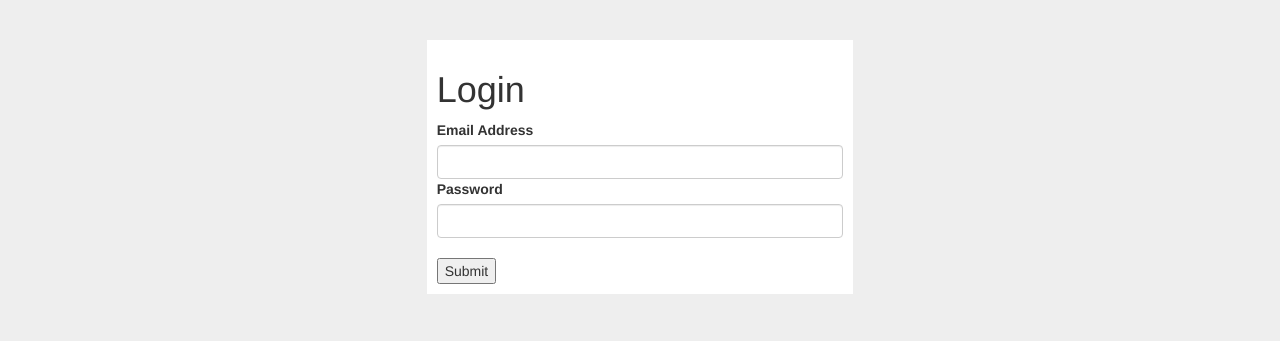
Repository: neoighodaro-articles/migrating-to-laravel
Page: http://localhost/
The author's editor kept a copy of each file at every save. The page is drawn from the files as they stood at one save, then again after the next save.
The browser window is 1280 px wide. The pictures show the whole page.
The page is run by PHP 8.4 with error messages shown; the project is at /var/www/html/.

Above is the page before, as saved 2018-06-12 21:49:16.

### vanilla/index.php
<!DOCTYPE html>
<html lang="en">
<head>
  <meta charset="UTF-8">
  <meta name="viewport" content="width=device-width, initial-scale=1.0">
  <meta http-equiv="X-UA-Compatible" content="ie=edge">
  <title>Vanilla Todo App</title>
  <link rel="stylesheet" href="https://maxcdn.bootstrapcdn.com/bootstrap/3.3.7/css/bootstrap.min.css" integrity="sha384-BVYiiSIFeK1dGmJRAkycuHAHRg32OmUcww7on3RYdg4Va+PmSTsz/K68vbdEjh4u" crossorigin="anonymous">
  <style>
    body {
      background: #EEE;
    }
    .login {
      background: #FFF;
      padding: 10px;
      margin-top: 40px;
    }
  </style>
</head>
<body>
  <div class="rows">
    <div class="col-md-4 col-md-offset-4 login">
      <form method="POST">
        <h1> Login </h1>
        <label>Email Address</label>
        <input type="text" class="form-control" name="email" required>
        <label>Password</label>
        <input type="password" class="form-control" name="pass" required>
        <br>
        <button type="submit" name="btnLogin">Submit</button>

        <?php

          require_once 'functions.php';
          if( isset($_POST['btnLogin'])):
            $email = $_POST['email'];
            $pass = $_POST['pass'];
            $query = $pdo->prepare('SELECT * FROM users WHERE email = ? AND password=?');
            $query->execute([$email, $pass]);
            $rows = $query->rowCount();

            if( $rows > 0 ):
              header('location: pages/home.php');
            else: ?>
              <div class="alert alert-danger">
                <b> Invalid Information supplied</b>
              </div>
            <?php endif ?>
        <?php endif ?>
      </form>
    </div>
  </div>
</body>
</html>

### vanilla/functions.php
<?php
 $host = 'localhost';
 $dbname= 'vanilla';
 $user   = 'root';
 $pwd    = 'root';

 try{
   $pdo = new PDO('mysql:host='. $host. ';dbname='. $dbname, $user, $pwd);
  //  echo "connected";
 } catch(PDOException $e) {
   echo "Unable to connect" . $e->getMessage();
 }

After the next save:
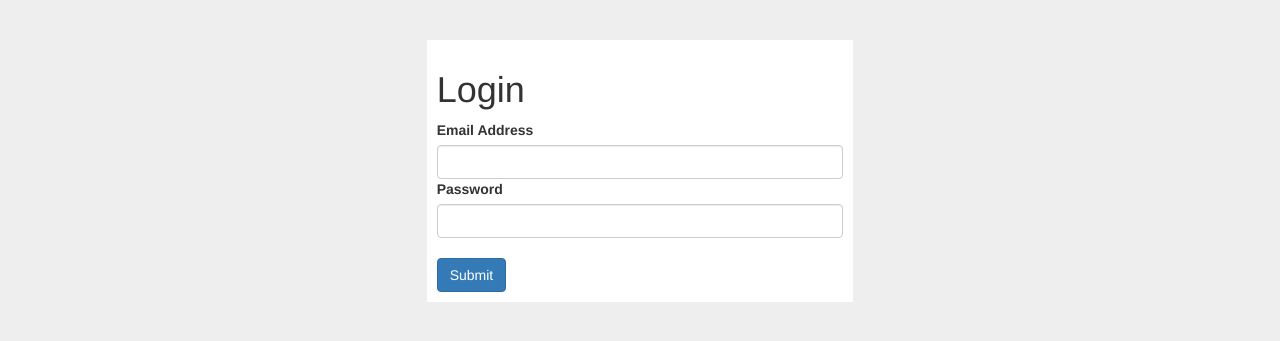
Saved 12 s later.
--- a/vanilla/index.php
+++ b/vanilla/index.php
@@ -27,7 +27,7 @@
         <label>Password</label>
         <input type="password" class="form-control" name="pass" required>
         <br>
-        <button type="submit" name="btnLogin">Submit</button>
+        <button type="submit" name="btnLogin" class="btn btn-primary">Submit</button>
 
         <?php
 
